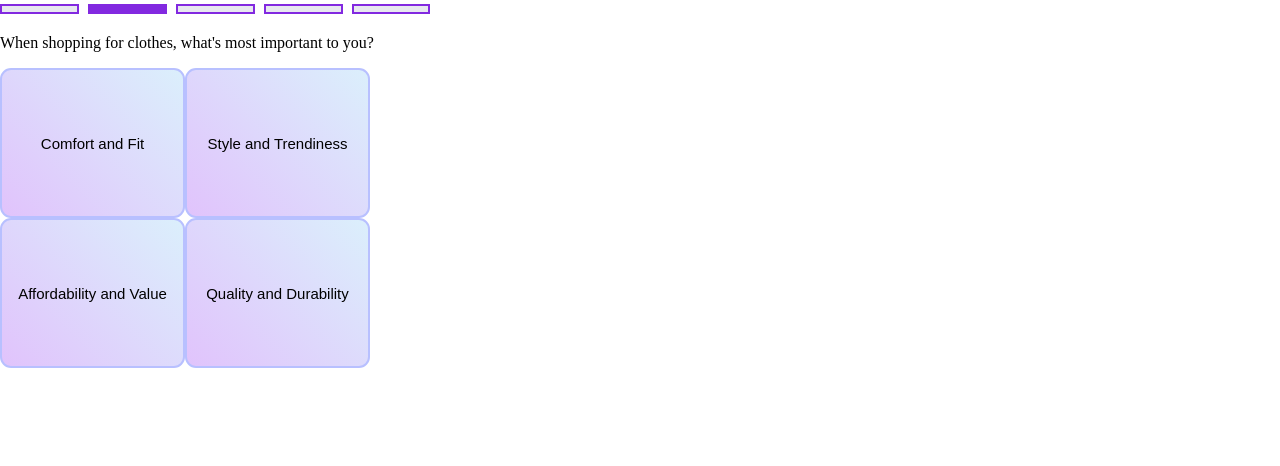
Repository: navnneett/clotho
Page: /QuizQuestions/QuestionTwo
The author's editor kept a copy of each file at every save. The page is drawn from the files as they stood at one save, then again after the next save.
The browser window is 1280 px wide. The pictures show the whole page.
The project was rebuilt for these pictures with package versions that can differ from the ones it lists, and the page was loaded fresh each time. The framework's server and built-in components were replaced by stand-ins that run in the browser. Also part of the build but not shown: next.config.js, next.config.mjs, components/Button/Button.module.css, components/Button/index.js.

Above is the page before, as saved 2024-04-06 20:03:27.

After the next save:
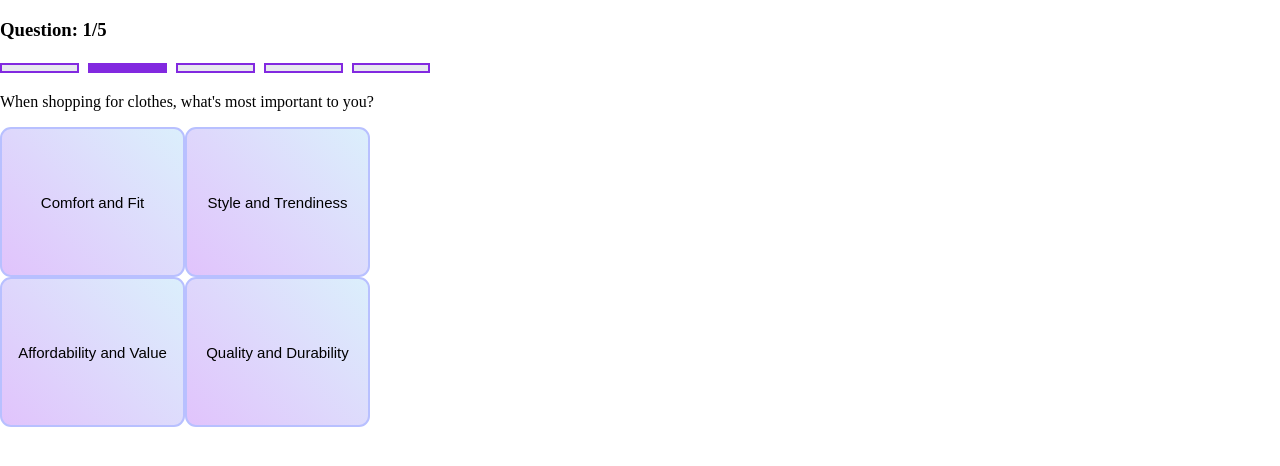
Saved 27 s later.
--- a/pages/QuizQuestions/QuestionTwo.js
+++ b/pages/QuizQuestions/QuestionTwo.js
@@ -18,13 +18,17 @@ export default function QuestionTwo({ onNextQuestion }) {
     return (
         <>
                     <div className={styles.mainContainer}>
+                    <h3>
+                        Question: 1
+                        <span>/5</span>
+                    </h3>
                     <Image
                     src="/images/quiz/Progress Indicator-1.png"
                     alt="Progress Indicator question 1"
                     width={430}
                     height={10}
                     className={styles.imageOne}
-                />
+                    />
                 <div className={styles.contentContainer}>
 
                     <div className={styles.optionContainer}>
